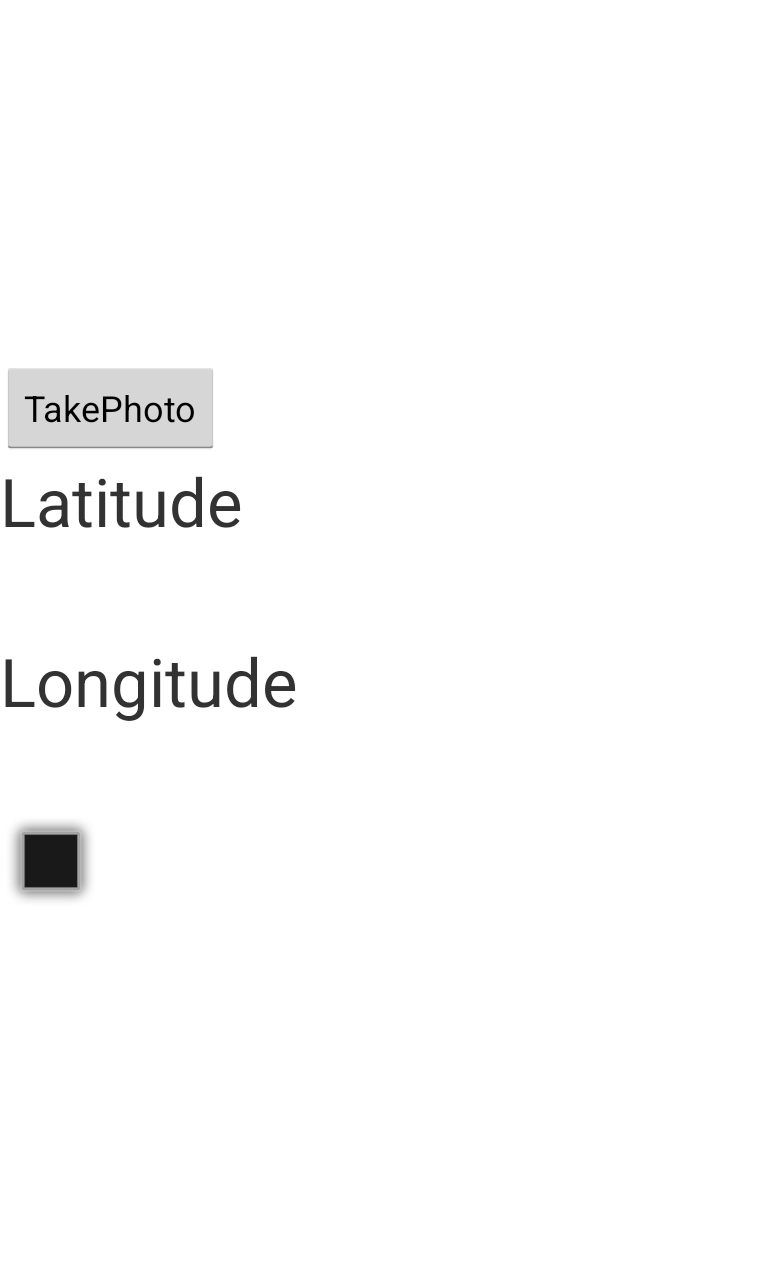
Repository: alokranjan04/ewireless5_practical
Layout: final_assignment/assignment2/res/layout/activity_main.xml
The author's editor kept a copy of each file at every save. The layout is drawn from the files as they stood at one save, then again after the next save.
It is drawn on a 768 x 1280 px phone screen (xhdpi) without system bars, with theme AppTheme; the app's code is not run.

Above is the layout before, as saved 2014-03-31 19:30:43.

After the next save:
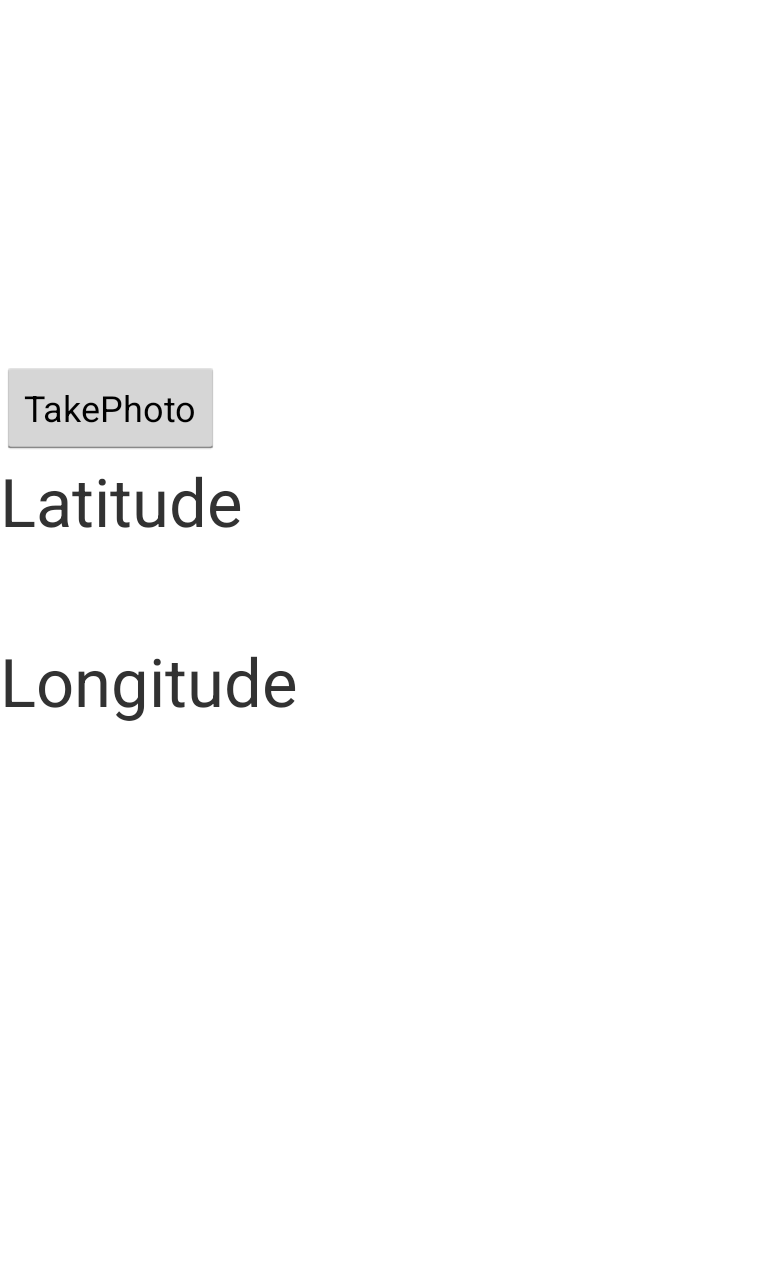
Saved 81 s later.
--- a/final_assignment/assignment2/res/layout/activity_main.xml
+++ b/final_assignment/assignment2/res/layout/activity_main.xml
@@ -64,8 +64,12 @@
 
     <ImageView
         android:id="@+id/thumbnail"
+        android:contentDescription="will vary; image taken from camera"
         android:layout_width="wrap_content"
         android:layout_height="wrap_content"
-        android:src="@android:drawable/alert_dark_frame" />
+        android:layout_below="@+id/button1"
+        android:layout_centerHorizontal="true"
+        android:layout_marginTop="80dp"
+        android:src="/@drawable/ic_launcher" />
 
 </LinearLayout>
